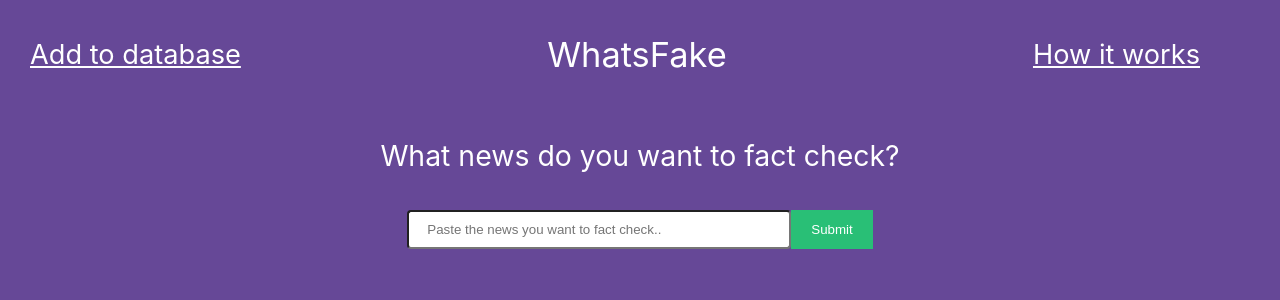
Repository: alkalox/FakeNews
Page: /
An editor plug-in stored every save of this project. The page is shown before and after the next save, followed by the edit.
The browser window is 1280 px wide. The pictures show the whole page.
The project was rebuilt for these pictures with package versions that can differ from the ones it lists, and the page was loaded fresh each time.

Above is the page before, as saved 2019-04-23 20:13:09.

After the next save:
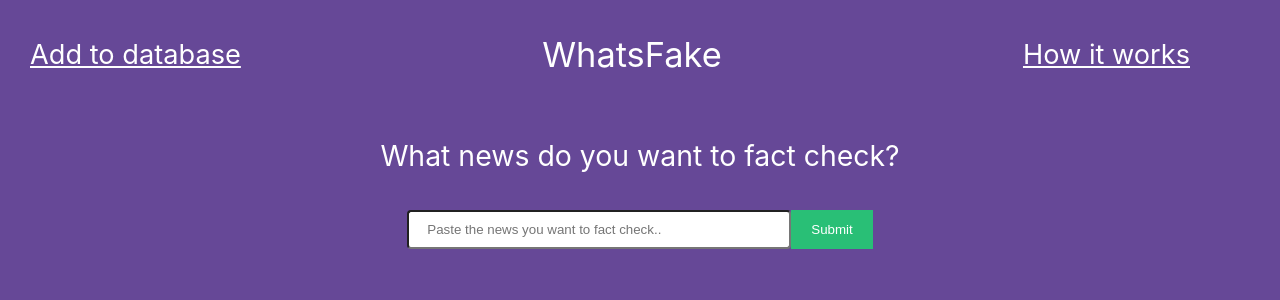
Saved 6 s later.
--- a/src/App.css
+++ b/src/App.css
@@ -19,7 +19,7 @@
   font-size: calc(20px + 1vmin);
 }
 .right {
-  padding-right: 80px;
+  padding-right: 90px;
   font-size: calc(20px + 1vmin);
 }
 .input {
